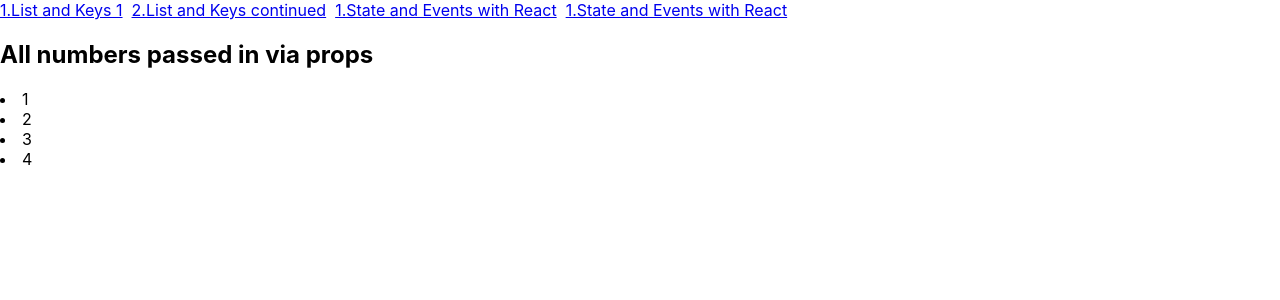
Repository: MukHansen/ReactUge
Page: / (app in wednesday_exercises/)
An editor plug-in stored every save of this project. The page is shown before and after the next save, followed by the edit.
The browser window is 1280 px wide. The pictures show the whole page.
The project was rebuilt for these pictures with package versions that can differ from the ones it lists, and the page was loaded fresh each time. Also part of the build but not shown: wednesday_exercises/src/App2.js, wednesday_exercises/src/App3.js, wednesday_exercises/src/App4.js.

Above is the page before, as saved 2019-10-29 21:50:31.

### wednesday_exercises/src/index.js
import React from "react";
import ReactDOM from "react-dom";
import "./index.css";
import App from "./App";
import App2 from "./App2";
import App3 from "./App3";
import App4 from "./App4";

let app = <App/>

const DontUseMeForReal = () => {
    return (
        <div className="App" onClick={handleSelect}>
         <a href="/"  className="x" id="app1">1.List and Keys 1</a> &nbsp;
         <a href="/"  className="x" id="app2">2.List and Keys continued</a> &nbsp;
         <a href="/"  className="x" id="app3">1.State and Events with React</a> &nbsp;
         <a href="/"  className="x" id="app4">1.State and Events with React</a> &nbsp;

         {/* Add as many as you have exercises, but remember className="x" */}
         {app}
        </div>
    )
}

function handleSelect(event) {
    event.preventDefault();
    if(event.target.className!=="x"){
      return
    }
    const id = event.target.id;
    switch (id) {
        case "app1": app = <App />; break;
        case "app2": app = <App2 />; break;
        case "app3": app = <App3 />; break;
        case "app4": app = <App4 />; break;

    }
    ReactDOM.render(<DontUseMeForReal />, document.getElementById('root'));
}

ReactDOM.render(<DontUseMeForReal />, document.getElementById("root"));

### wednesday_exercises/src/App.js
import React, { useState } from "react";

function NumberList({ numbers }) {
  console.log("--NUMBERS -->",numbers)
  const listItems = numbers.map(n => <li key={n}>{n}</li>);
  return  listItems ;
}
function ListDemo(props) {
  console.log(props.numbers)
  return (
    <div>
      <h2>All numbers passed in via props</h2>
      <NumberList numbers={props.numbers} />
    </div>
  );
}
export default function App() {
  const [numbers] = useState([1, 2, 3, 4]);
  return <ListDemo numbers={numbers} />;
}

Loaded but not shown: wednesday_exercises/public/index.html (common file); wednesday_exercises/src/index.css (common file)

After the next save:
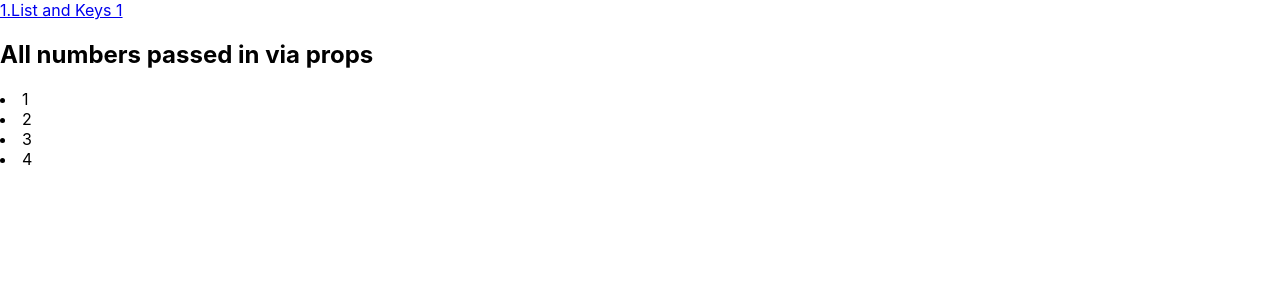
Saved 19 h 37 min later.
--- a/wednesday_exercises/src/index.js
+++ b/wednesday_exercises/src/index.js
@@ -2,9 +2,7 @@ import React from "react";
 import ReactDOM from "react-dom";
 import "./index.css";
 import App from "./App";
-import App2 from "./App2";
-import App3 from "./App3";
-import App4 from "./App4";
+
 
 let app = <App/>
 
@@ -12,9 +10,6 @@ const DontUseMeForReal = () => {
     return (
         <div className="App" onClick={handleSelect}>
          <a href="/"  className="x" id="app1">1.List and Keys 1</a> &nbsp;
-         <a href="/"  className="x" id="app2">2.List and Keys continued</a> &nbsp;
-         <a href="/"  className="x" id="app3">1.State and Events with React</a> &nbsp;
-         <a href="/"  className="x" id="app4">1.State and Events with React</a> &nbsp;
 
          {/* Add as many as you have exercises, but remember className="x" */}
          {app}
@@ -30,9 +25,6 @@ function handleSelect(event) {
     const id = event.target.id;
     switch (id) {
         case "app1": app = <App />; break;
-        case "app2": app = <App2 />; break;
-        case "app3": app = <App3 />; break;
-        case "app4": app = <App4 />; break;
 
     }
     ReactDOM.render(<DontUseMeForReal />, document.getElementById('root'));
